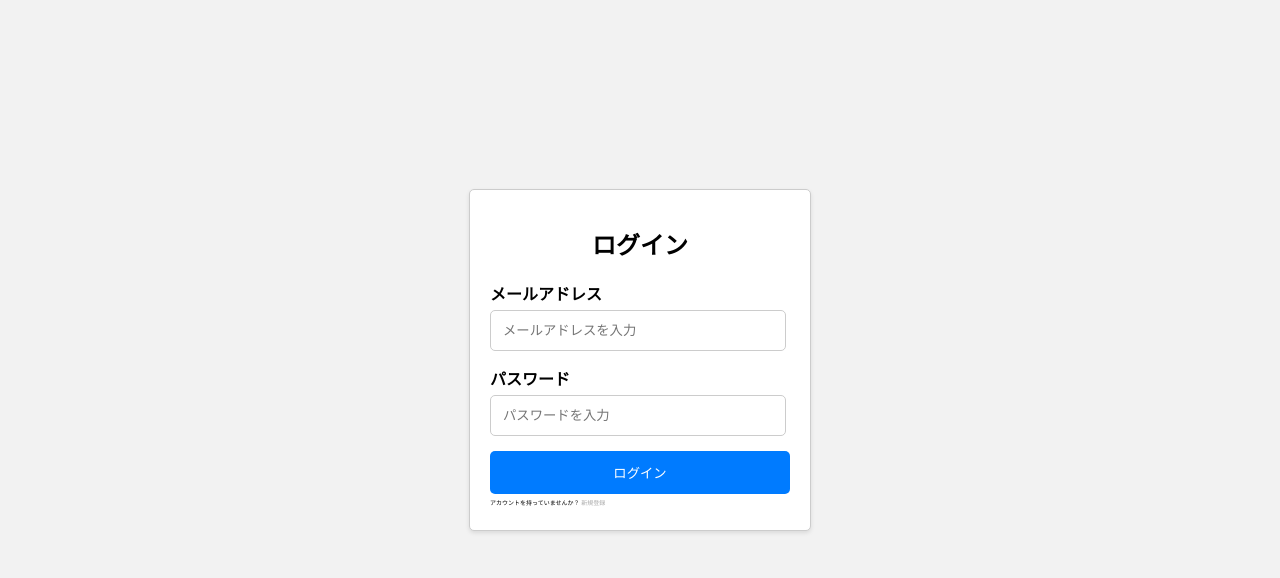
Repository: Jutta197/blog_0815
Page: src/main/resources/static/admin_login.html
The author's editor kept a copy of each file at every save. The page is drawn from the files as they stood at one save, then again after the next save.
The browser window is 1280 px wide. The pictures show the whole page.

Above is the page before, as saved 2023-08-15 12:41:40.

### src/main/resources/static/admin_login.html
<!DOCTYPE html>
<html lang="ja">

<head>
    <meta charset="UTF-8">
    <meta name="viewport" content="width=device-width, initial-scale=1.0">
    <title>ログイン</title>
    <link rel="stylesheet" href="login.css">
</head>

<body>
    <div class="container">
        <form action="" method="post">
            <h1>ログイン</h1>
            <label for="email">メールアドレス</label>
            <input type="text" id="email" name="email" placeholder="メールアドレスを入力" required>
            <label for="password">パスワード</label>
            <input type="password" id="password" name="password" placeholder="パスワードを入力">
            <input type="submit" value="ログイン" id="submit-button">
        </form>
        <div class="signup-link">
            <p class="mb-0">アカウントを持っていませんか？ <a href="#!" class="text-white-50 fw-bold">新規登録</a></p>
        </div>
    </div>

</body>

</html>

### src/main/resources/static/login.css
body {
    font-family: Arial, sans-serif;
    background-color: #f2f2f2;
    margin: 0;
    padding: 0;
    display: flex;
    justify-content: center;
    align-items: center;
    min-height: 100vh;
}

.container {
    background-color: #fff;
    padding: 20px;
    border-radius: 5px;
    box-shadow: 0 2px 4px rgba(0, 0, 0, 0.1);
    border: 1px solid #ccc;
    width: 300px;
}

.container h1 {
    font-size: 24px;
    margin-bottom: 20px;
    text-align: center;
}

label {
    display: block;
    font-weight: bold;
    margin-bottom: 5px;
}

input[type="text"],
input[type="password"] {
    width: 90%;
    padding: 12px;
    margin-bottom: 15px;
    border: 1px solid #ccc;
    border-radius: 5px;
    outline: none;
    transition: border-color 0.3s;
}

input[type="text"]:focus,
input[type="password"]:focus {
    border-color: #007bff;
}

#submit-button {
    background-color: #007bff;
    color: #fff;
    border: none;
    padding: 12px 20px;
    border-radius: 5px;
    cursor: pointer;
    width: 100%;
    transition: background-color 0.3s;
}

#submit-button:hover {
    background-color: #0056b3;
}

.signup-link {
    font-size: 20%;
}

.signup-link a {
    color: #aaa;
    /* 初始颜色 */
    text-decoration: none;
    transition: color 0.3s ease, text-decoration 0.3s ease;
}

.signup-link a:hover {
    color: #007bff;
    /* 鼠标悬停时的颜色 */
    text-decoration: underline;
    /* 鼠标悬停时显示下划线 */
}

After the next save:
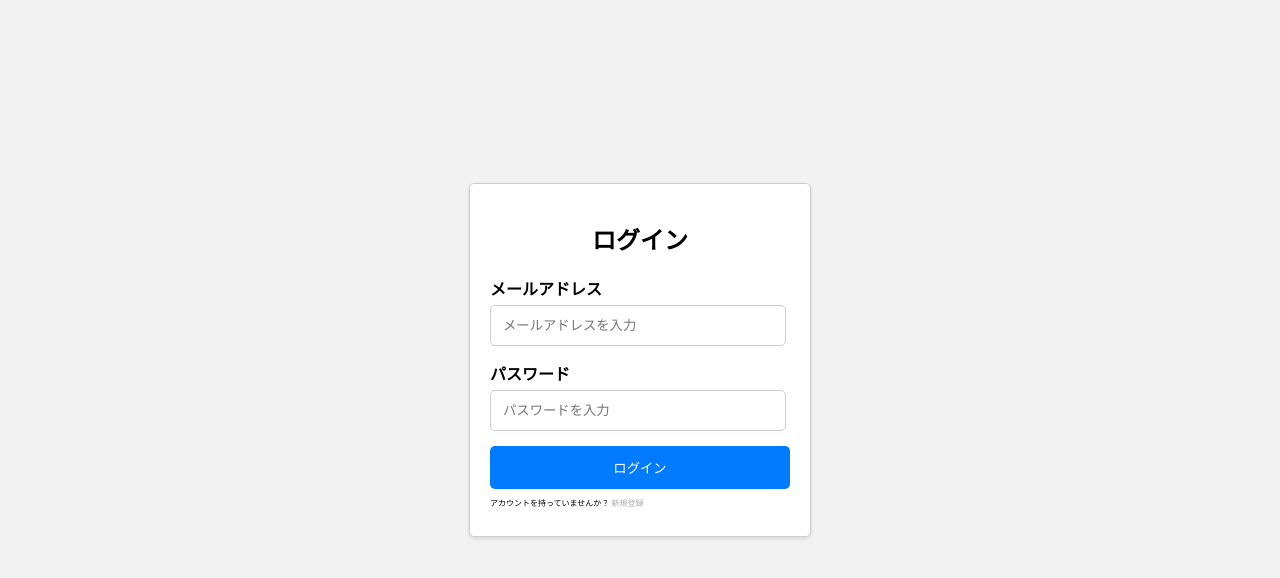
Saved 12 s later.
--- a/src/main/resources/static/login.css
+++ b/src/main/resources/static/login.css
@@ -62,7 +62,7 @@ input[type="password"]:focus {
 }
 
 .signup-link {
-    font-size: 20%;
+    font-size: 50%;
 }
 
 .signup-link a {
